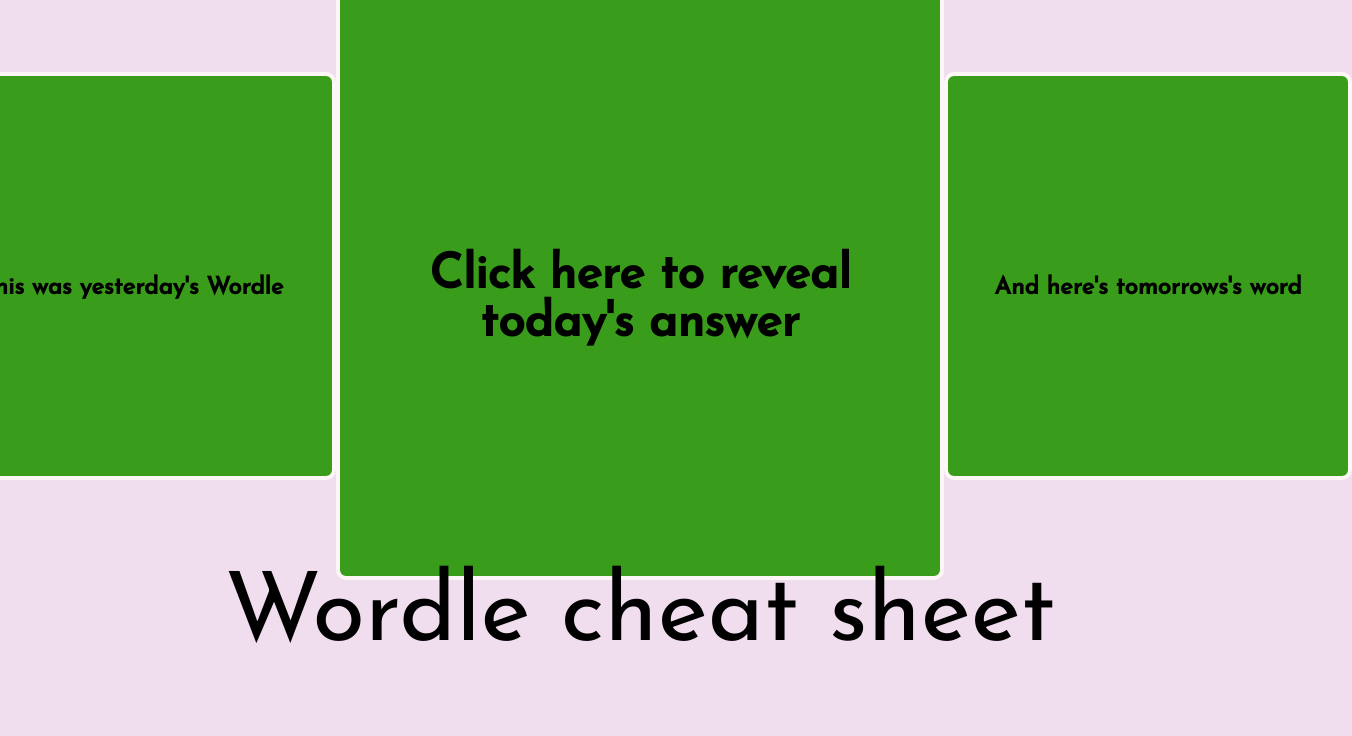
Repository: enoripl/tomorrows-wordle
Page: index.html
These files come from the project's save history. The page is drawn as it stood at one moment and after the next save; the edit follows.
The browser window is 1280 px wide. The page is 1352 px wide, so the pictures cover 1352 px, including what lies to the right of the window. The pictures show the whole page.

Above is the page before, as saved 2022-02-09 17:52:36.

### index.html
<!DOCTYPE html>
<html lang="en">
  <head>
    <meta charset="UTF-8" />
    <meta http-equiv="X-UA-Compatible" content="IE=edge" />
    <meta name="viewport" content="width=device-width, initial-scale=1.0" />
    <link rel="stylesheet" href="styles.css" />
    <script type="text/javascript" src="script.js" defer></script>
    <title>Today's (and tommorow's Wordle)</title>
  </head>
  <body>
    <main class="main-content">
      <div class="buttons-section">
        <div class="buttons-group">
          <div class="answer-btns" id="yesterdays-btn">
            This was yesterday's Wordle
          </div>
          <div class="answer-btns" id="todays-btn">
            Click here to reveal
            today's answer
          </div>
          <div class="answer-btns" id="tomorrows-btn">
            And here's tomorrows's word
          </div>
        </div>
      </div>
    </main>
    <div class="logo-section">
      <div class="logo">Wordle cheat sheet</div>
    </header>
  </body>
</html>

### styles.css
@import url('https://fonts.googleapis.com/css2?family=Josefin+Sans:wght@300;400;500&display=swap');
body {
    height: 100vh;
    font-family: 'Josefin Sans', sans-serif;
    background-color: rgb(240, 221, 238);
    white-space: pre-line;
}

main {
    height: 70%;
}
.main-content {
    display: flex;
    justify-content: center;
    align-items: center;
}
.buttons-group {
    display: flex;
    align-items: center;
}

.answer-btns {
    display: flex;
    justify-content: center;
    align-items: center;
    text-align: center;
    background-color: rgb(57, 156, 26);
    height: 400px;
    width: 400px;
    font-size: 1.5rem;
    font-weight: 600;
    border-radius: 10px;
    border: 4px solid rgb(252, 247, 246);
}

#todays-btn {
    height: 600px;
    width: 600px;
    font-size: 3rem;
}

.answer-text {
    font-size: 3rem;
    font-weight: 800;
}


.logo-section {
    display: flex;
    justify-content: center;
    align-items: center;
    height: 20vh;
    font-size: 6rem;
}

Loaded but not shown: script.js (2355 lines, source omitted)

After the next save:
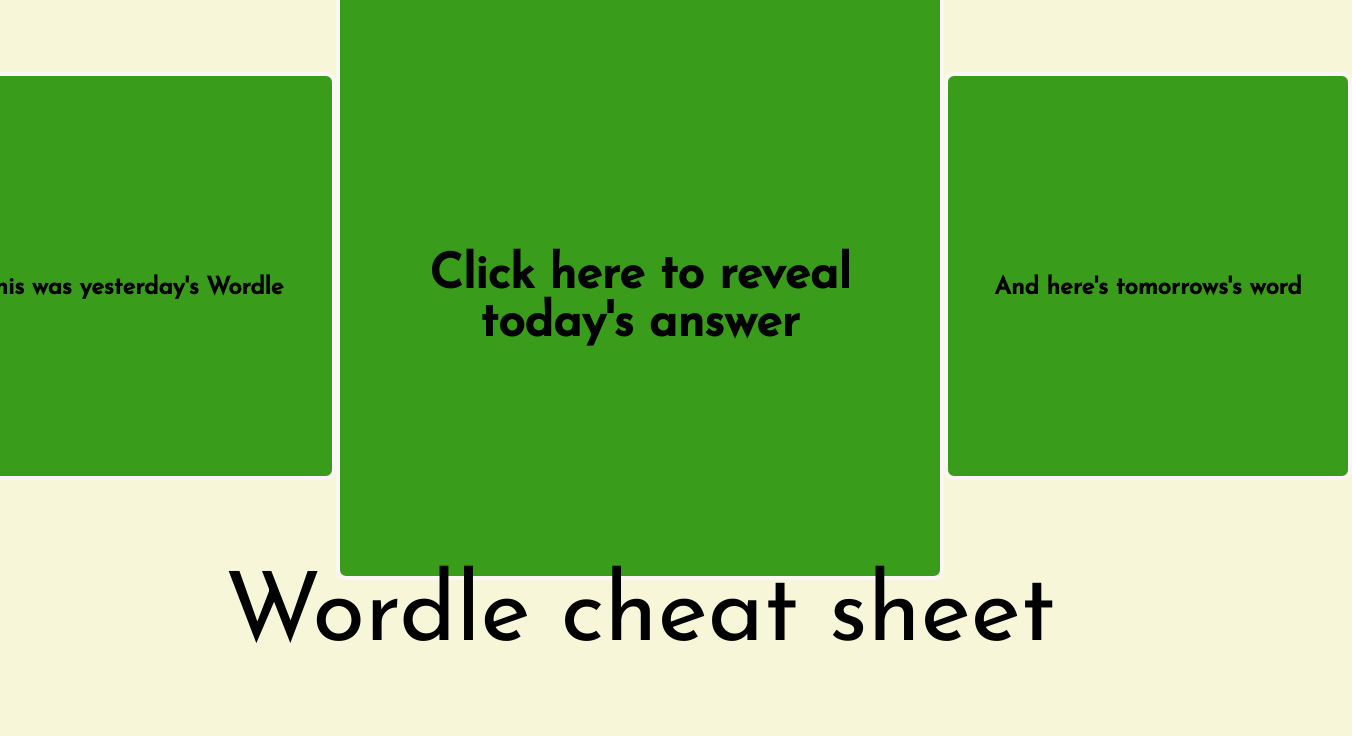
Saved 8 s later.
--- a/styles.css
+++ b/styles.css
@@ -2,7 +2,7 @@
 body {
     height: 100vh;
     font-family: 'Josefin Sans', sans-serif;
-    background-color: rgb(240, 221, 238);
+    background-color: rgb(247, 246, 217);
     white-space: pre-line;
 }
 
